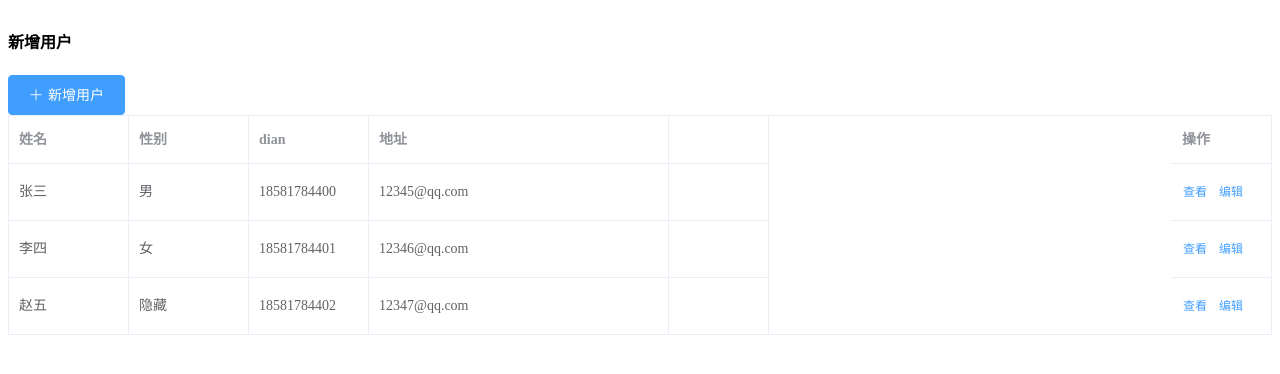
Repository: xinwuhao/New-user
Page: /
The author's editor kept a copy of each file at every save. The page is drawn from the files as they stood at one save, then again after the next save.
The browser window is 1280 px wide. The pictures show the whole page.
The project was rebuilt for these pictures with package versions that can differ from the ones it lists, and the page was loaded fresh each time.

Above is the page before, as saved 2021-12-21 15:50:54.

### src/main.js
import Vue from 'vue'
import App from './App.vue'
import router from './router'
import store from './store'
import ElementUI from 'element-ui';
import 'element-ui/lib/theme-chalk/index.css';

Vue.use(ElementUI);
Vue.config.productionTip = false

new Vue({
  router,
  store,
  el: '#app',
  render: h => h(App)
}).$mount('#app')

### src/views/Home.vue
<template>
  <div class="container">
    <div class="content">
      <h4>新增用户</h4>
      <div>
        <el-button
          type="primary"
          icon="el-icon-plus"
          @click="dialogVisible = true"
          >新增用户</el-button
        >
        <el-dialog title="提示" :visible.sync="dialogVisible" width="30%">
          <el-form
            :model="ruleForm"
            :rules="rules"
            ref="ruleForm"
            label-width="100px"
            class="demo-ruleForm"
          >
            <el-form-item label="名称" prop="name">
              <el-input v-model="ruleForm.name"></el-input>
            </el-form-item>
            <el-form-item label="性别" prop="sex">
              <el-radio-group
                v-model="ruleForm.sex"
                v-for="(item, index) in sex"
                :key="index"
              >
                <el-radio :label="item" style="margin-right: 10px"></el-radio>
              </el-radio-group>
            </el-form-item>
            <el-form-item label="手机号码" prop="contact">
              <el-input v-model="ruleForm.contact"></el-input>
            </el-form-item>
            <el-form-item label="邮箱" prop="mailbox">
              <el-input v-model="ruleForm.mailbox"></el-input>
            </el-form-item>
            <el-form-item>
              <el-button type="primary" @click="submitForm('ruleForm')"
                >立即新增</el-button
              >
              <el-button @click="resetForm('ruleForm')">取消</el-button>
            </el-form-item>
          </el-form>
        </el-dialog>
      </div>
      <!-- 用户列表 -->
      <div>
        <el-table :data="list" border style="width: 100%">
          <el-table-column prop="name" label="姓名" width="120">
          </el-table-column>
          <el-table-column prop="sex" label="性别" width="120">
          </el-table-column>
          <el-table-column prop="contact" label="dian" width="120">
          </el-table-column>
          <el-table-column prop="mailbox" label="地址" width="300">
          </el-table-column>
          <el-table-column fixed="right" label="操作" width="100">
            <template slot-scope="scope">
              <el-button
                @click="handleClick(scope.row)"
                type="text"
                size="small"
                >查看</el-button
              >
              <el-button type="text" size="small">编辑</el-button>
            </template>
          </el-table-column>
        </el-table>
      </div>
    </div>
  </div>
</template>

<script>
//引入子组件

export default {
  name: "",
  props: {},
  data() {
    return {
      dialogVisible: false,
      list: [
        {
          name: "张三",
          sex: "男",
          contact: "18581784400",
          mailbox: "12345@qq.com",
        },
        {
          name: "李四",
          sex: "女",
          contact: "18581784401",
          mailbox: "12346@qq.com",
        },
        {
          name: "赵五",
          sex: "隐藏",
          contact: "18581784402",
          mailbox: "12347@qq.com",
        },
      ],
      sex: ["隐藏", "男", "女"],
      ruleForm: {
        name: "",
        sex: "",
        contact: "",
        mailbox: "",
      },
      rules: {
        name: [
          { required: true, message: "请输入用户名称", trigger: "blur" },
          { min: 1, max: 5, message: "长度在 1 到 5 个字符", trigger: "blur" },
        ],
        contact: [
          { required: true, message: "请输入手机号码", trigger: "blur" },
          { min: 11, max: 11, message: "输入的手机号码有误", trigger: "blur" },
          {
            pattern:
              /^(?:(?:\+|00)86)?1(?:(?:3[\d])|(?:4[5-79])|(?:5[0-35-9])|(?:6[5-7])|(?:7[0-8])|(?:8[\d])|(?:9[189]))\d{8}$/,
            message: "输入的手机号码有误",
            trigger: "blur",
          },
        ],
        mailbox: [
          { required: true, message: "请输入邮箱", trigger: "blur" },
          {
            pattern:
              /^(([^<>()[\]\\.,;:\s@"]+(\.[^<>()[\]\\.,;:\s@"]+)*)|(".+"))@((\[[0-9]{1,3}\.[0-9]{1,3}\.[0-9]{1,3}\.[0-9]{1,3}\])|(([a-zA-Z\-0-9]+\.)+[a-zA-Z]{2,}))$/,
            message: "输入的邮箱有误",
            trigger: "blur",
          },
        ],
        sex: [{ required: true, message: "性别", trigger: "change" }],
      },
    };
  },
  components: {},
  methods: {
    submitForm(formName) {
      this.$refs[formName].validate((valid) => {
        if (valid) {
          this.$message.success("新增成功");
          this.dialogVisible = false;
          this.list.unshift(this.ruleForm);
          console.log(this.list);
        } else {
          this.$message.error("您还有信息没有填写或者填写的信息有误");
          return false;
        }
      });
    },
    resetForm(formName) {
      this.$refs[formName].resetFields();
      this.dialogVisible = false;
    },
  },
  mounted() {},
  computed: {},
  watch: {},
};
</script>

<style lang='scss' scoped>
.container {
  display: flex;
  justify-content: center;
}
.content {
  width: 1450px;
  /* 注意适配的宽度必须大于最小适配宽度 */
}
.flex {
  display: flex;
}
</style>

Loaded but not shown: public/index.html (common file); src/App.vue (common file); src/router/index.js (common file); src/store/index.js (common file)

After the next save:
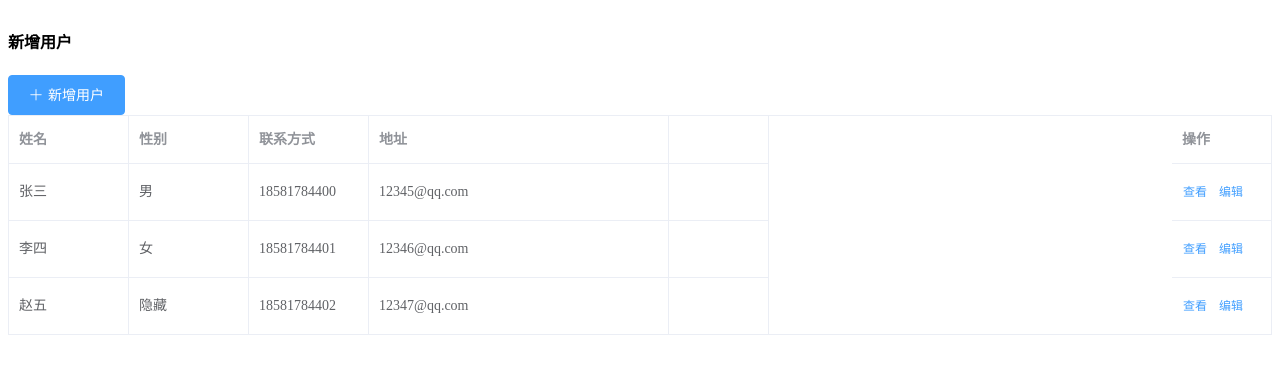
Saved 8 s later.
--- a/src/views/Home.vue
+++ b/src/views/Home.vue
@@ -51,7 +51,7 @@
           </el-table-column>
           <el-table-column prop="sex" label="性别" width="120">
           </el-table-column>
-          <el-table-column prop="contact" label="dian" width="120">
+          <el-table-column prop="contact" label="联系方式" width="120">
           </el-table-column>
           <el-table-column prop="mailbox" label="地址" width="300">
           </el-table-column>
